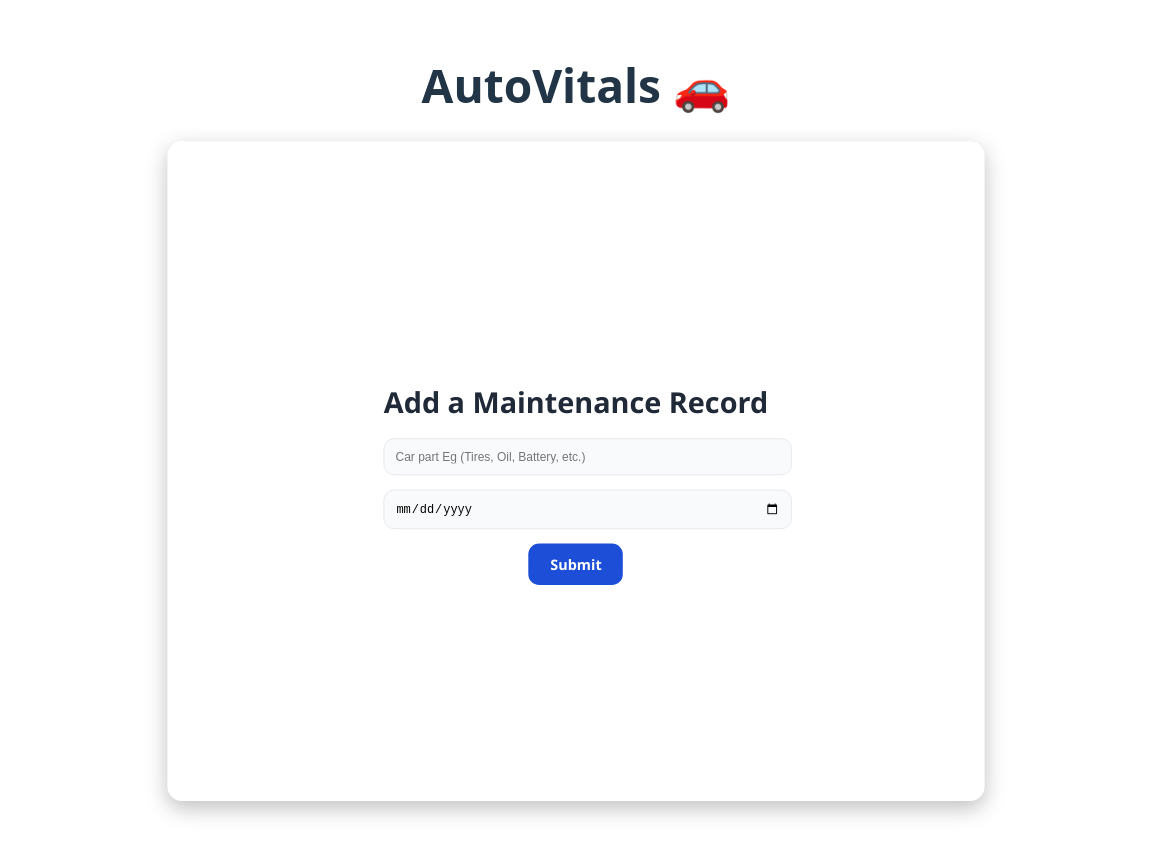
Repository: YoussefAzmires/wevdebautovitals
Page: /add (app in frontend/)
An editor plug-in stored every save of this project. The page is shown before and after the next save, followed by the edit.
The browser window is 1280 px wide. The pictures show the whole page, at 90% of full size.
The project was rebuilt for these pictures with package versions that can differ from the ones it lists, and the page was loaded fresh each time. Also part of the build but not shown: frontend/vite.config.ts.

Above is the page before, as saved 2025-04-13 15:58:18.

After the next save:
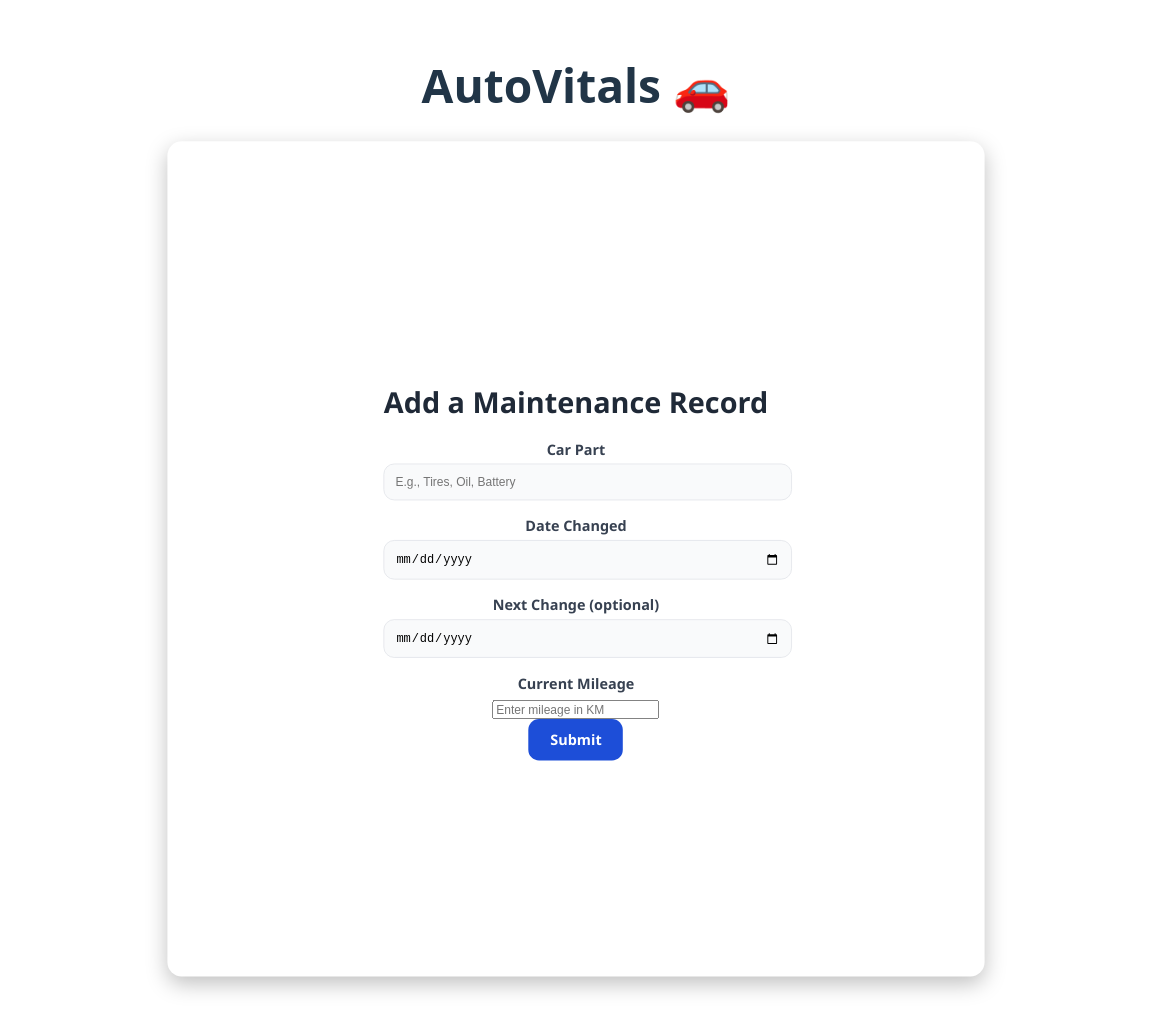
Saved 100 s later.
--- a/frontend/src/components/AddMaintenanceRecordsForm/AddMaintenanceRecordsForm.tsx
+++ b/frontend/src/components/AddMaintenanceRecordsForm/AddMaintenanceRecordsForm.tsx
@@ -3,15 +3,28 @@ import './AddMaintenanceRecordsForm.css'
 
 
 
-export default function AddMaintenanceRecordsForm() : JSX.Element {
-    return (
-      <form>
-        <h2>Add a Maintenance Record</h2>
-        <input type="text"  placeholder="Car part Eg (Tires, Oil, Battery, etc.)" />
-        <br />
-        <input type="date" />
-        <br />
-        <button type="submit">Submit</button>
-      </form>
-    );
-  }
+export default function AddMaintenanceRecordsForm(): JSX.Element {
+  return (
+    <form>
+      <h2>Add a Maintenance Record</h2>
+
+      <label htmlFor="carPart">Car Part</label>
+      <input id="carPart" type="text" placeholder="E.g., Tires, Oil, Battery" />
+      <br />
+
+      <label htmlFor="lastChanged">Date Changed</label>
+      <input id="lastChanged" type="date" />
+      <br />
+
+      <label htmlFor="nextChange">Next Change (optional)</label>
+      <input id="nextChange" type="date" />
+      <br />
+
+      <label htmlFor="mileage">Current Mileage</label>
+      <input id="mileage" type="number" placeholder="Enter mileage in KM" />
+      <br />
+
+      <button type="submit">Submit</button>
+    </form>
+  );
+}
